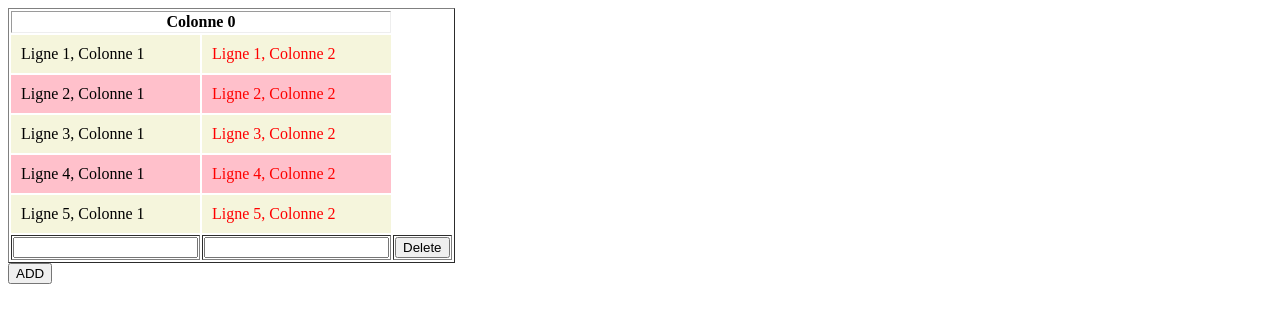
Repository: Chaimaa482/web-tp4
Page: ex1.html
An editor plug-in stored every save of this project. The page is shown before and after the next save, followed by the edit.
The browser window is 1280 px wide. The pictures show the whole page.
After loading, the first visible `button` was clicked once.

Above is the page before, as saved 2023-10-29 14:58:59.

### ex1.html
<!DOCTYPE html>
<html>
<style>
</style>
<body>
    <table border="1">
        <tr>
            <th>Colonne 0</th>
            <th>Colonne 0</th>
        </tr>
        <tr>
            <td>Ligne 1, Colonne 1</td>
            <td>Ligne 1, Colonne 2</td>
        </tr>
        <tr>
            <td>Ligne 2, Colonne 1</td>
            <td>Ligne 2, Colonne 2</td>
        </tr>
        <tr>
            <td>Ligne 3, Colonne 1</td>
            <td>Ligne 3, Colonne 2</td>
        </tr>
        <tr>
            <td>Ligne 4, Colonne 1</td>
            <td>Ligne 4, Colonne 2</td>
        </tr>
        <tr>
            <td>Ligne 5, Colonne 1</td>
            <td>Ligne 5, Colonne 2</td>
        </tr>

    </table>
    <button>ADD</button>

    <script>
        var table = document.getElementsByTagName('table');
        var cells = document.getElementsByTagName("td");
        // Donner une couleur de fond rose aux lignes paires et beige aux lignes impaires
        var rows = document.querySelectorAll("tr");
        for (var i = 1; i < rows.length; i++) {
            if (i % 2 === 0) {
                rows[i].style.backgroundColor = "pink";
            } else {
                rows[i].style.backgroundColor = "beige";
            }
        }

        // Donner une classe col1 aux colonnes paires et col2 aux colonnes impaires
        for (var i = 0; i < cells.length; i++) {
            if (i % 2 === 0) {
                cells[i].style.color= 'black';
            } else {
                cells[i].style.color= 'red';
            }
        }
        //fusionner la premiere line
        var row = document.querySelector('table tr:first-child');
        row.cells[0].colSpan=2;
        row.removeChild(row.cells[1]);


        //delete bordure
        rows[0].style.border = "none";
        for (var i = 0; i < cells.length; i++) {
            cells[i].style.border = "none";
            cells[i].style.padding='10px'
        }

        //making the table cells editable on click
        for (var i = 0; i < cells.length; i++) {
        cells[i].addEventListener("click", function() {
        var cellText = this.innerText;
        this.innerHTML = "<input type='text' value='" + cellText + "'>";
        var input = this.querySelector("input");
        input.focus();
        input.addEventListener("blur", function() {
            cellText = this.value;
            this.parentNode.innerText = cellText;
        });
         }); }

         //
         var addButton = document.querySelector('button');
addButton.addEventListener('click', function() {
    var newRow = document.createElement('tr');
    newRow.innerHTML = "<td><input type='text' value=''></td><td><input type='text' value=''></td><td><button class='delete-btn'>Delete</button></td>";
    document.querySelector('table').appendChild(newRow);

    // Attach event listener for delete button in the new row
    var deleteButton = newRow.querySelector('.delete-btn');
    deleteButton.addEventListener('click', function() {
        this.parentNode.parentNode.remove();
    });

    // Make new cells editable
    var cells = newRow.querySelectorAll('td input');
    cells.forEach(function(cell) {
        cell.addEventListener('blur', function() {
            var cellText = this.value;
            this.parentNode.innerHTML = cellText;
        });
    });
});





    </script>
</body>
</html>

After the next save:
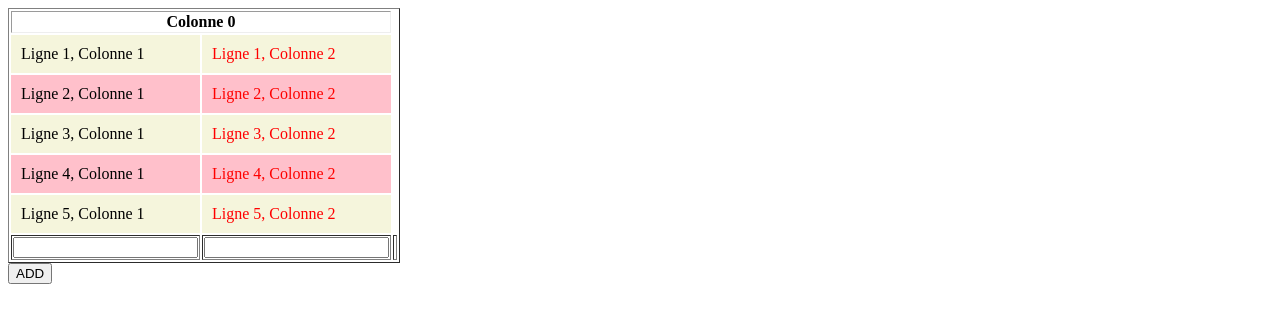
Console error: TypeError: Cannot read properties of null (reading 'addEventListener')
Saved 21 s later.
--- a/ex1.html
+++ b/ex1.html
@@ -83,7 +83,7 @@
          var addButton = document.querySelector('button');
 addButton.addEventListener('click', function() {
     var newRow = document.createElement('tr');
-    newRow.innerHTML = "<td><input type='text' value=''></td><td><input type='text' value=''></td><td><button class='delete-btn'>Delete</button></td>";
+    newRow.innerHTML = "<td><input type='text' value=''></td><td><input type='text' value=''></td><td></td>";
     document.querySelector('table').appendChild(newRow);
 
     // Attach event listener for delete button in the new row
